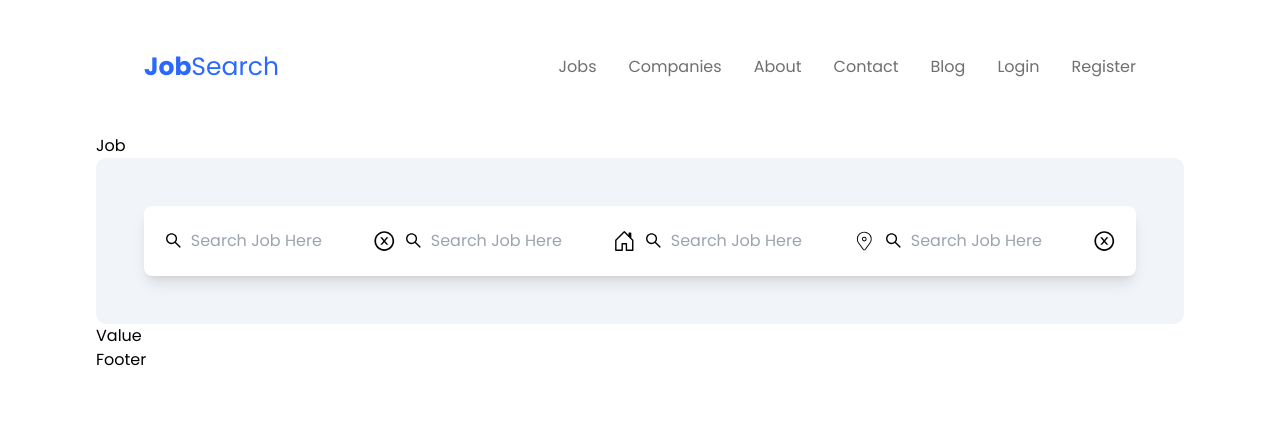
Repository: countaustin1990/Job-Search-website
Page: / (app in vite-project/)
The author's editor kept a copy of each file at every save. The page is drawn from the files as they stood at one save, then again after the next save.
The browser window is 1280 px wide. The pictures show the whole page.
The project was rebuilt for these pictures with package versions that can differ from the ones it lists, and the page was loaded fresh each time. Also part of the build but not shown: vite-project/vite.config.js.

Above is the page before, as saved 2023-08-12 17:32:15.

### vite-project/index.html
<!doctype html>
<html lang="en">
  <head>
    <meta charset="UTF-8" />
    <link rel="icon" type="image/svg+xml" href="/vite.svg" />
    <meta name="viewport" content="width=device-width, initial-scale=1.0" />
    <title>Vite + React</title>
  </head>
  <body>
    <div id="root"></div>
    <script type="module" src="/src/main.jsx"></script>
  </body>
</html>

### vite-project/src/App.jsx
import NavBar from './components/NavBar'
import Job from './components/Job'
import Value from './components/Value'
import Search from './components/Search'
import Footer from './components/Footer'

const App = () => {
  return(
    <div className='w-[85%] m-auto bg-white'>
      <NavBar/>
      <Job/>
      <Search/>
      <Value/>
      <Footer/>
    </div>
  )
}



export default App

### vite-project/src/index.css
@import url("https://fonts.googleapis.com/css2?family=Poppins:wght@200;300;400;500;600;700;800;900&display=swap");

@tailwind base;
@tailwind components;
@tailwind utilities;

:root{
  font-family: 'Poppins', sans-serif;
}

body{
  background: white;
}

li{
  list-style: none;
  cursor: pointer;
  position: relative;
}

li:hover::before{
  position: absolute;
  content: '';
  height: 4px;
  width: 100%;
  background: #2a68ff;
  right: 0;
  bottom: -10px;
  color: #2a68ff;
}

.icon{
  cursor: pointer;
}

.card{
  background: #000;
}

### vite-project/src/components/NavBar.jsx


const NavBar = () => {
    return(
        <div className='navBar flex justify-between items-center p-[3rem]'>
            <div className="logoDiv">
                <h1 className='logo text-[25px] text-blueColor'>
                    <strong>Job</strong>Search
                </h1>
            </div>

            <div className="menu flex gap-8">
                <li className="menuList text-[#6f6f6f] hover:text-blueColor">Jobs</li>
                <li className="menuList text-[#6f6f6f] hover:text-blueColor">Companies</li>
                <li className="menuList text-[#6f6f6f] hover:text-blueColor">About</li>
                <li className="menuList text-[#6f6f6f] hover:text-blueColor">Contact</li>
                <li className="menuList text-[#6f6f6f] hover:text-blueColor">Blog</li>
                <li className="menuList text-[#6f6f6f] hover:text-blueColor">Login</li>
                <li className="menuList text-[#6f6f6f] hover:text-blueColor">Register</li>
            </div>

        </div>
    )
}

export default NavBar

### vite-project/src/components/Job.jsx


 const Job = () => {
    return(
        <div>Job</div>
    )
 }

 export default Job

### vite-project/src/components/Value.jsx


const Value = () => {
    return(
        <div>Value</div>
    )
}

export default Value

### vite-project/src/components/Search.jsx
import { AiOutlineCloseCircle, AiOutlineSearch,  } from 'react-icons/ai'
import { BsHouseDoor } from 'react-icons/bs'
import { CiLocationOn } from 'react-icons/ci'


const Search = () => {
    return(
        <div className='SearchDiv grid gp-10 bg-greyIsh rounded-[10px] p-[3rem]'>
            <form action=''>
                <div className='firstDiv flex justified-between items-center rounded-[8px] gap-[10px] bg-white p-5 shadow-lg shadow-greyIsh-700'>
                    <div className='flex gap-2 items-center'>
                       <div className="flex gap-2 items-center">
                            <AiOutlineSearch className='text-[25px] icon'/>
                                <input type="text" className='bg-transparent text-blue-500 focus:outline-none w-[100%]' placeholder='Search Job Here'/>
                                    <AiOutlineCloseCircle className='text-[30px] text-[#a5a6a6 hover:text-textColor icon'/>
                        </div>


                       <div className="flex gap-2 items-center">
                            <AiOutlineSearch className='text-[25px] icon'/>
                                <input type="text" className='bg-transparent text-blue-500 focus:outline-none w-[100%]' placeholder='Search Job Here'/>
                                    <BsHouseDoor className='text-[30px] text-[#a5a6a6 hover:text-textColor icon'/>
                        </div>

                        <div className="flex gap-2 items-center">
                            <AiOutlineSearch className='text-[25px] icon'/>
                                <input type="text" className='bg-transparent text-blue-500 focus:outline-none w-[100%]' placeholder='Search Job Here'/>
                                    <CiLocationOn className='text-[30px] text-[#a5a6a6 hover:text-textColor icon'/>
                        </div>

                        <div className="flex gap-2 items-center">
                            <AiOutlineSearch className='text-[25px] icon'/>
                                <input type="text" className='bg-transparent text-blue-500 focus:outline-none w-[100%]' placeholder='Search Job Here'/>
                                    <AiOutlineCloseCircle className='text-[30px] text-[#a5a6a6 hover:text-textColor icon'/>
                        </div>
                    </div>
                </div>
            </form>
        </div>
    )
}

export default Search

### vite-project/src/components/Footer.jsx


const Footer = () => {
    return(
        <div>Footer</div>
    )
}

export default Footer

### vite-project/tailwind.config.js
/** @type {import('tailwind').Config} */
export default {
  content: [
    "./index.html",
    "./src/**/*.{js,jsx}",
  ],
  theme: {
    extend: {
      colors: {
      'blueColor': '#2a68ff',
      'greyIsh': '#f1f4f8',
      'cardShadow': '#f7f8f9',
      'textColor': '#252b36',
      }
    },
  },
  plugins: [],
}

Loaded but not shown: vite-project/src/main.jsx (common file)

After the next save:
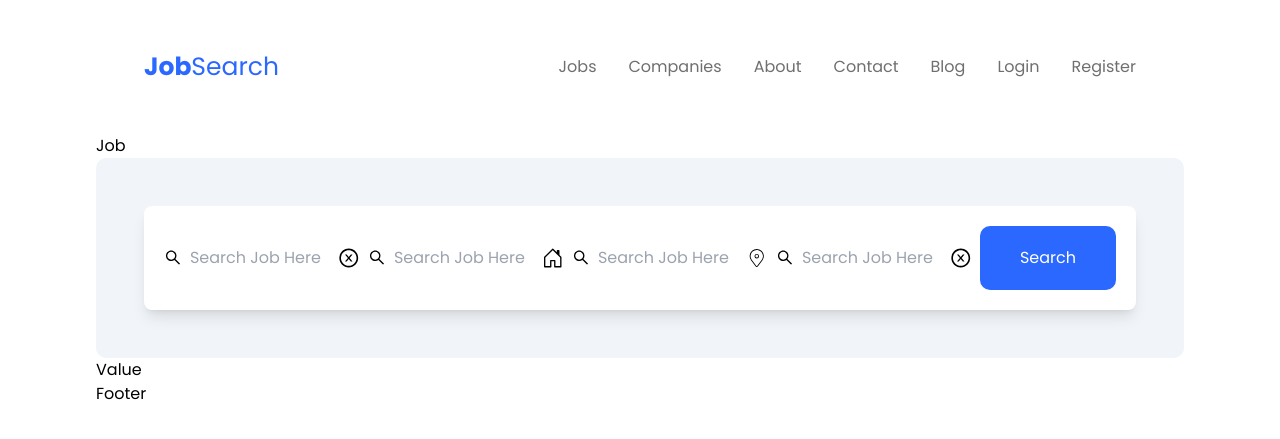
Saved 6 min 5 s later.
--- a/vite-project/src/components/Search.jsx
+++ b/vite-project/src/components/Search.jsx
@@ -33,6 +33,10 @@ const Search = () => {
                                 <input type="text" className='bg-transparent text-blue-500 focus:outline-none w-[100%]' placeholder='Search Job Here'/>
                                     <AiOutlineCloseCircle className='text-[30px] text-[#a5a6a6 hover:text-textColor icon'/>
                         </div>
+
+                        <button className='bg-blueColor h-full p-5 px-10 rounded-[10px] text-white cursor-pointer hover:bg-blue-300'>
+                            Search
+                        </button>
                     </div>
                 </div>
             </form>
